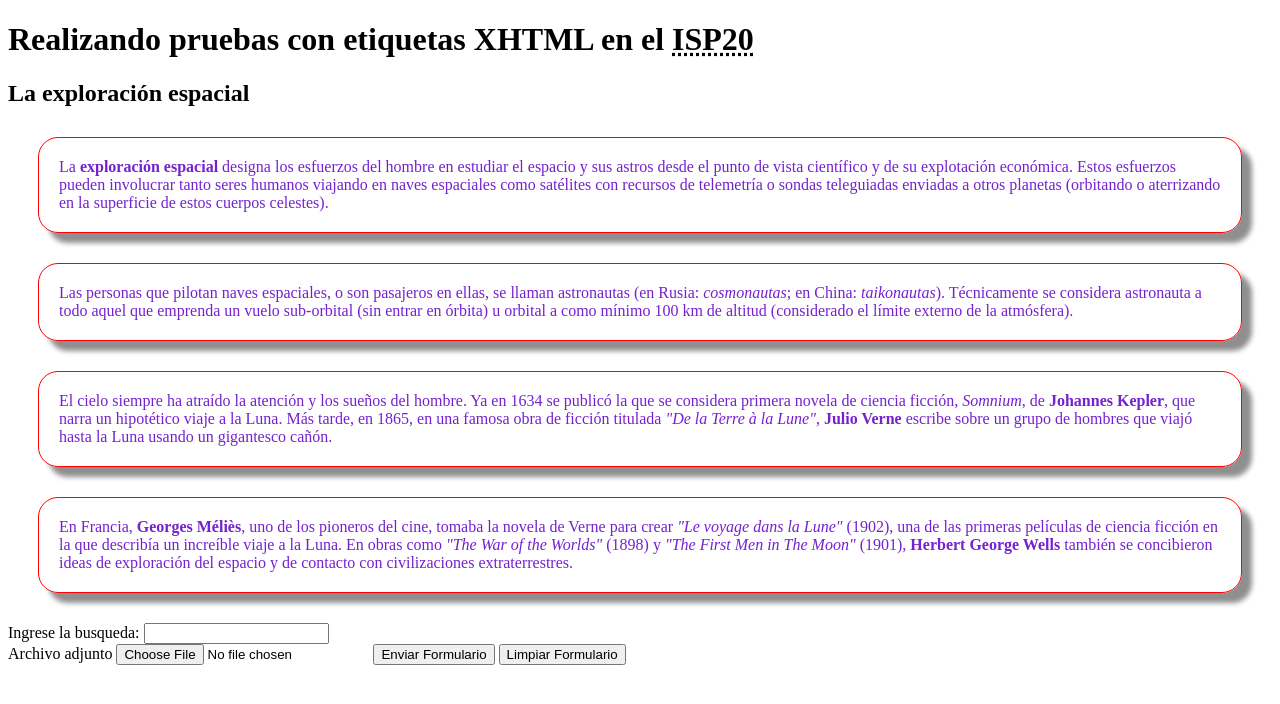
Repository: aleramirezsj/inv-aplicada-isp20
Page: pruebas_html5/pruebas_con_parrafos_y_textos.html
The author's editor kept a copy of each file at every save. The page is drawn from the files as they stood at one save, then again after the next save.
The browser window is 1280 px wide. The pictures show the whole page.

Above is the page before, as saved 2013-06-24 23:57:13.

After the next save:
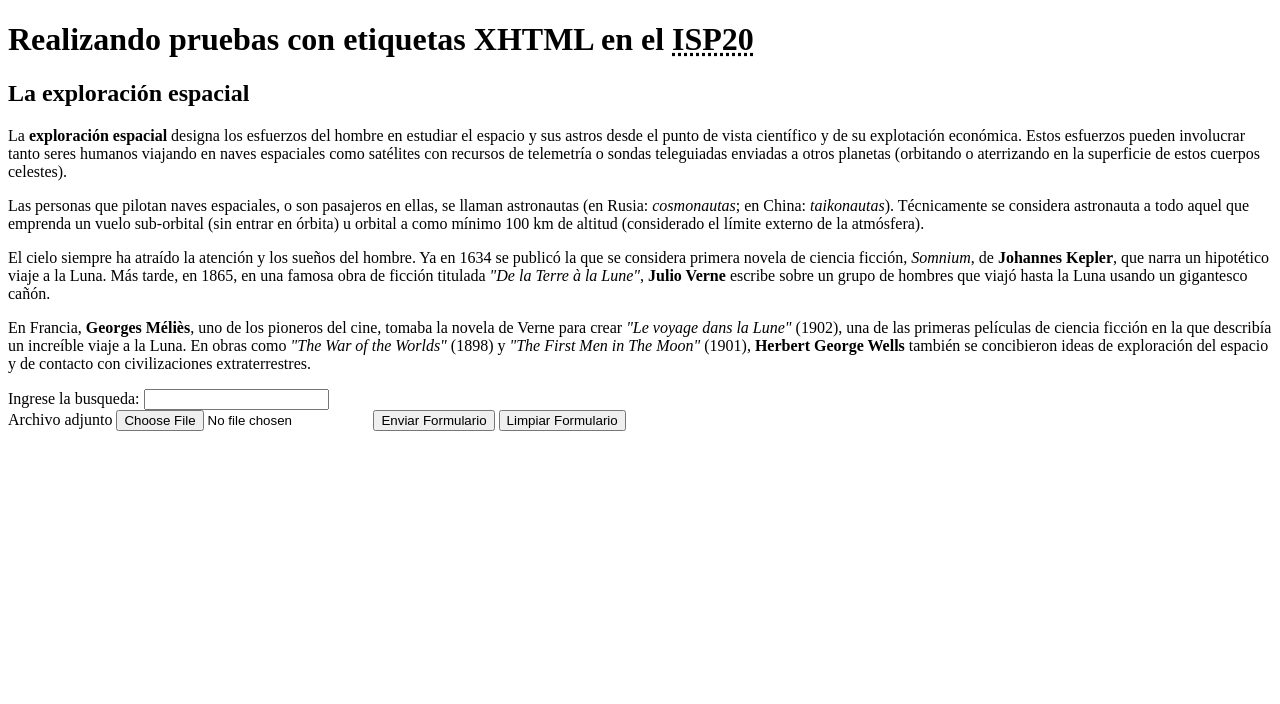
Saved 25 s later.
--- a/pruebas_html5/pruebas_con_parrafos_y_textos.html
+++ b/pruebas_html5/pruebas_con_parrafos_y_textos.html
@@ -4,14 +4,7 @@
 <head>
 	<meta http-equiv="Content-Type" content="text/html; charset=UTF-8" />
 	<title>La exploración espacial</title>
-	<style type="text/css">
-		p { border: 1px solid red;
-			color:#7521CF;
-			border-radius: 20px;
-			margin:30px;
-			padding: 20px;
-			box-shadow: 10px 10px 5px rgb(143, 143, 143); }
-	</style>
+
 </head>
 
 <body>

After the save that followed:
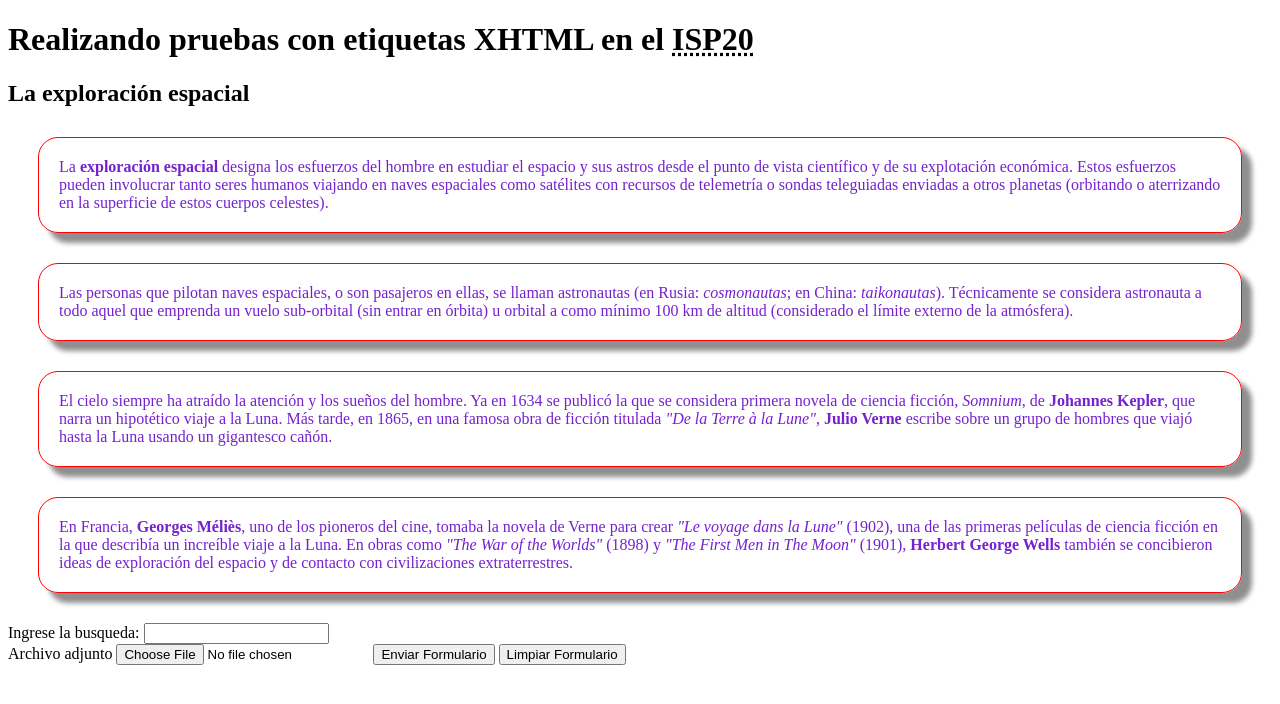
Saved 15 s later.
--- a/pruebas_html5/pruebas_con_parrafos_y_textos.html
+++ b/pruebas_html5/pruebas_con_parrafos_y_textos.html
@@ -4,7 +4,14 @@
 <head>
 	<meta http-equiv="Content-Type" content="text/html; charset=UTF-8" />
 	<title>La exploración espacial</title>
-
+	<style type="text/css">
+		p { border: 1px solid red;
+			color:#7521CF;
+			border-radius: 20px;
+			margin:30px;
+			padding: 20px;
+			box-shadow: 10px 10px 5px rgb(143, 143, 143); }
+	</style>
 </head>
 
 <body>
